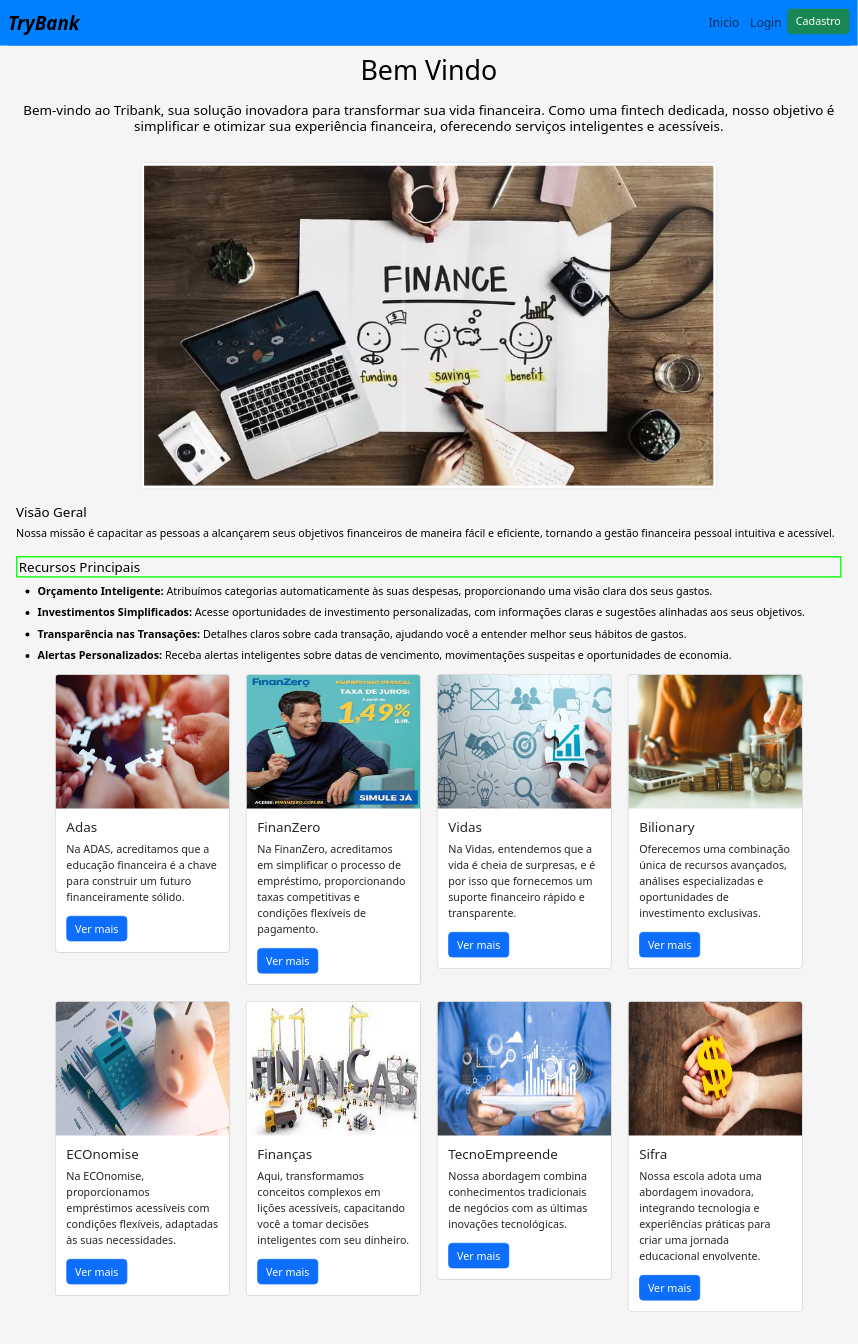
Repository: Rara05/FintechJava-Fiap
Page: http://localhost/Fintech/home.jsp
The author's editor kept a copy of each file at every save. The page is drawn from the files as they stood at one save, then again after the next save.
The browser window is 1280 px wide. The pictures show the whole page, at 67% of full size.
The page is served by Tomcat 10.

Above is the page before, as saved 2023-11-10 23:01:01.

After the next save:
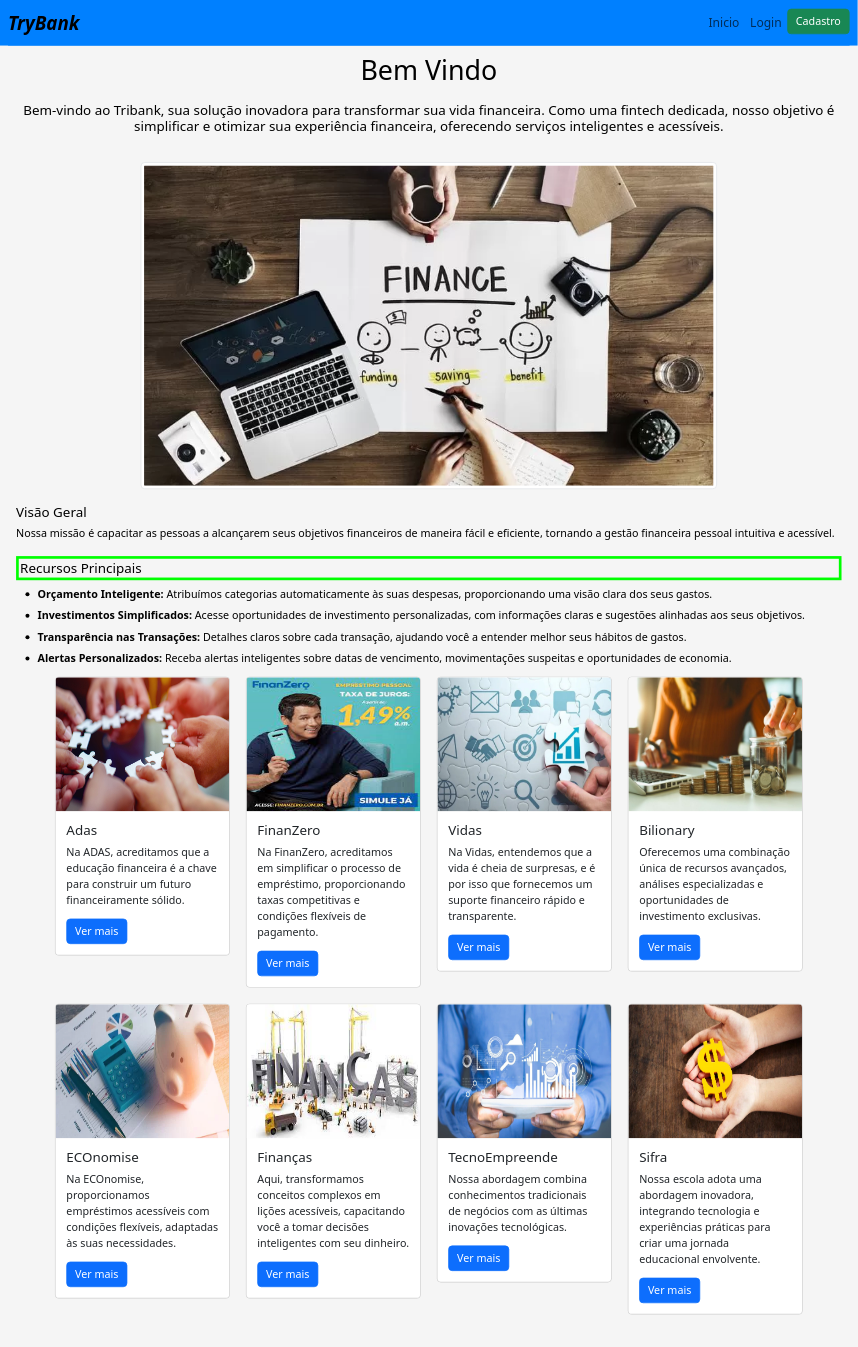
Saved 16 s later.
--- a/Fintech/WebContent/home.jsp
+++ b/Fintech/WebContent/home.jsp
@@ -49,7 +49,7 @@
 
 
 
-		<h5 class="recurso" style="margin-top: 22px; border: 2px solid #00ff00; padding: 2px;">Recursos Principais</h5>
+		<h5 class="recurso" style="margin-top: 22px; border: 4px solid #00ff00; padding: 2px;">Recursos Principais</h5>
 
     <ul>
         <li style="margin-top: 8px;"><strong>Orçamento Inteligente:</strong> Atribuímos categorias automaticamente às suas despesas, proporcionando uma visão clara dos seus gastos.</li>
